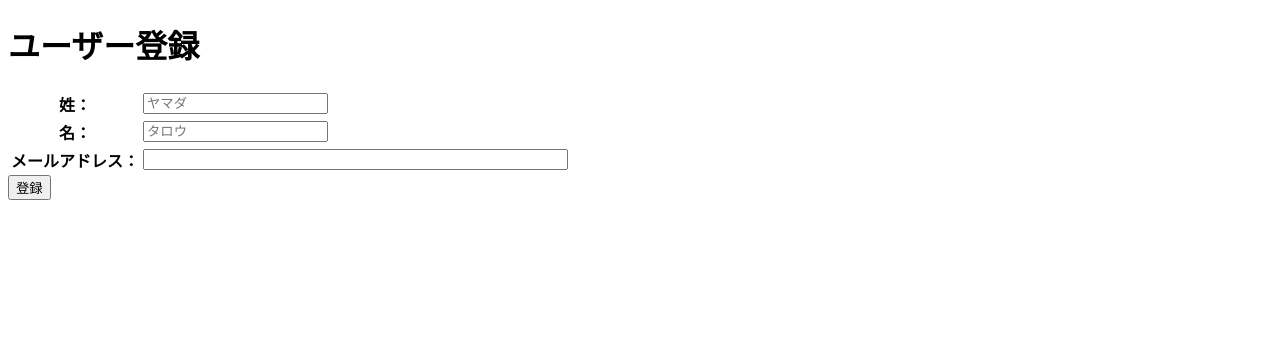
Repository: yoshiryoryo/phpform
Page: http://localhost/register.php
These files come from the project's save history. The page is drawn as it stood at one moment and after a run of saves; the edit follows.
The browser window is 1280 px wide. The pictures show the whole page.
The page is run by PHP 8.4 with error messages shown; the project is at /var/www/html/.

Above is the page before, as saved 2021-02-24 10:33:13.

### register.php
<?php
// CSRF対策の固定トークンを生成
if ( !isset( $_SESSION[ 'ticket' ] ) ) {
    // セッション変数にトークンを代入
    $_SESSION[ 'ticket' ] = sha1( uniqid( mt_rand(), TRUE ) );
  }

//トークンを変数に代入
  $ticket = $_SESSION[ 'ticket' ];

?>

<!DOCTYPE html>
<html lang="en">

<head>
    <meta charset="UTF-8">
    <meta http-equiv="X-UA-Compatible" content="IE=edge">
    <meta name="viewport" content="width=device-width, initial-scale=1.0">
    <title>フォーム</title>
</head>

<body>
    <h1>ユーザー登録</h1>
    <form name="form1" method="post" action="confirm.php">
        <table>
            <tr>
                <th>姓：</th>
                <td><input type="text" name="name_1" size="20" maxlength="10" placeholder="ヤマダ" required></td>
            </tr>
            <tr>
                <th>名：</th>
                <td><input type="text" name="name_2" size="20" maxlength="10" placeholder="タロウ" required></td>
            </tr>
            <tr>
                <th>メールアドレス：</th>
                <td><input type="email" name="email" size="50" maxlength="254" required></td></tr>
            </tr>
        </table>
        <input id="send" type="submit" value="登録">
    </form>
</body>



</html>

After the next 4 saves:
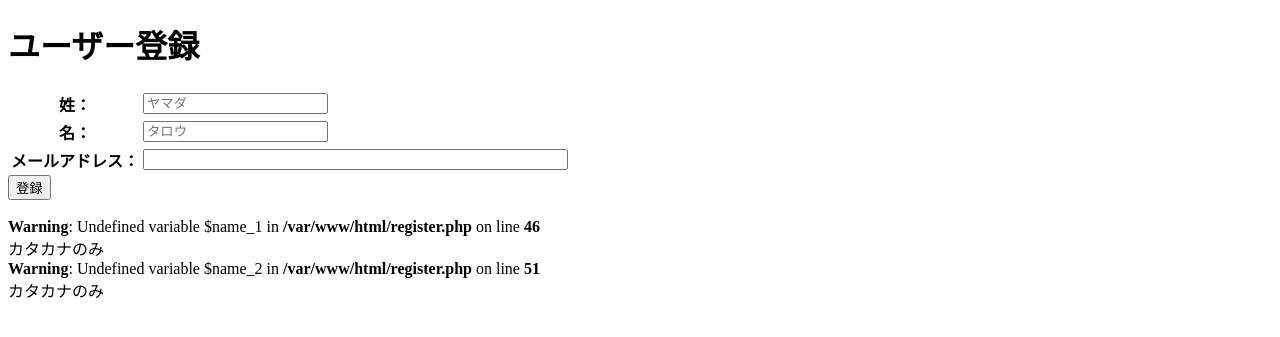
The 4 saves are shown as one change because they came seconds apart.
The last was saved 12 s later.
--- a/register.php
+++ b/register.php
@@ -41,6 +41,16 @@
     </form>
 </body>
 
+<?php
+//姓の正規表現
+if (!mb_ereg("^[ァ-ヶー]+$", $name_1)) {
+    echo "カタカナのみ";
+};
 
+//名の正規表現
+if (!mb_ereg("^[ァ-ヶー]+$", $name_2)) {
+    echo "カタカナのみ";
+}
+?>
 
 </html>

After the save that followed:
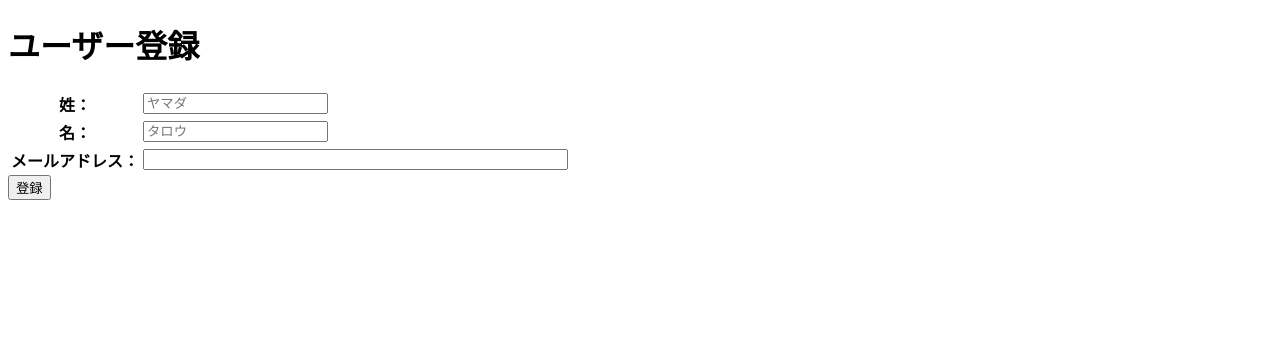
Saved 61 s later.
--- a/register.php
+++ b/register.php
@@ -41,16 +41,8 @@
     </form>
 </body>
 
-<?php
-//姓の正規表現
-if (!mb_ereg("^[ァ-ヶー]+$", $name_1)) {
-    echo "カタカナのみ";
-};
+<script>
 
-//名の正規表現
-if (!mb_ereg("^[ァ-ヶー]+$", $name_2)) {
-    echo "カタカナのみ";
-}
-?>
+</script>
 
 </html>
